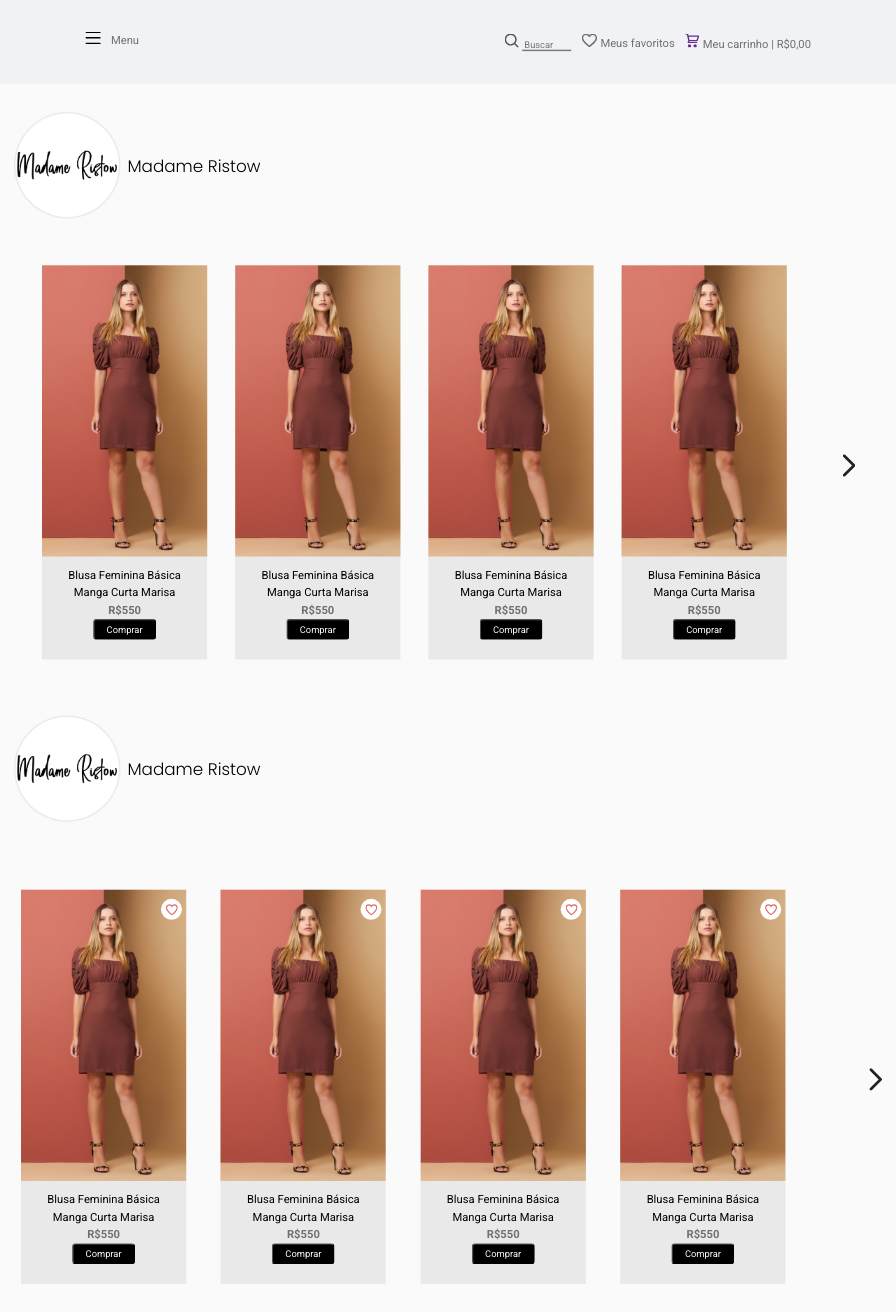
Repository: gutobarbosa/FrontEndLojaVirtual
Page: /
These files come from the project's save history. The page is drawn as it stood at one moment and after the next save; the edit follows.
The browser window is 1280 px wide. The pictures show the whole page, at 70% of full size.
The project was rebuilt for these pictures with package versions that can differ from the ones it lists, and the page was loaded fresh each time. Also part of the build but not shown: src/pages/Repository/styles.ts, src/services/api.ts, src/pages/Repository/index.tsx.

Above is the page before, as saved 2020-11-22 00:15:46.

After the next save:
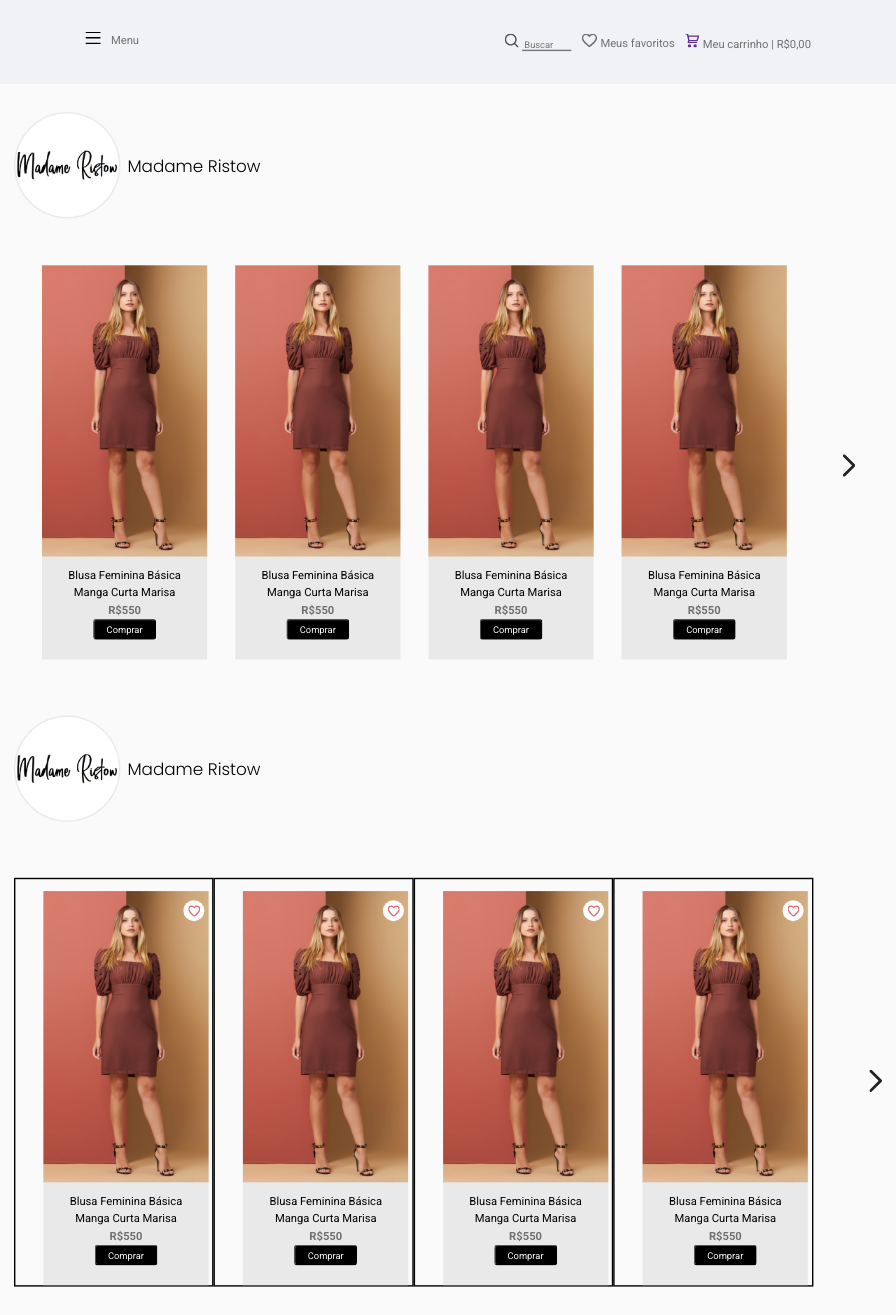
Saved 40 s later.
--- a/src/pages/Dashboard/styles.ts
+++ b/src/pages/Dashboard/styles.ts
@@ -34,7 +34,7 @@ display: flex;
 align-items: center;
     .containerBox{
         width:100%;
-        margin-left: -30px;
+        border: 2px solid black;
     }
     .heart {
         width: 30px;
